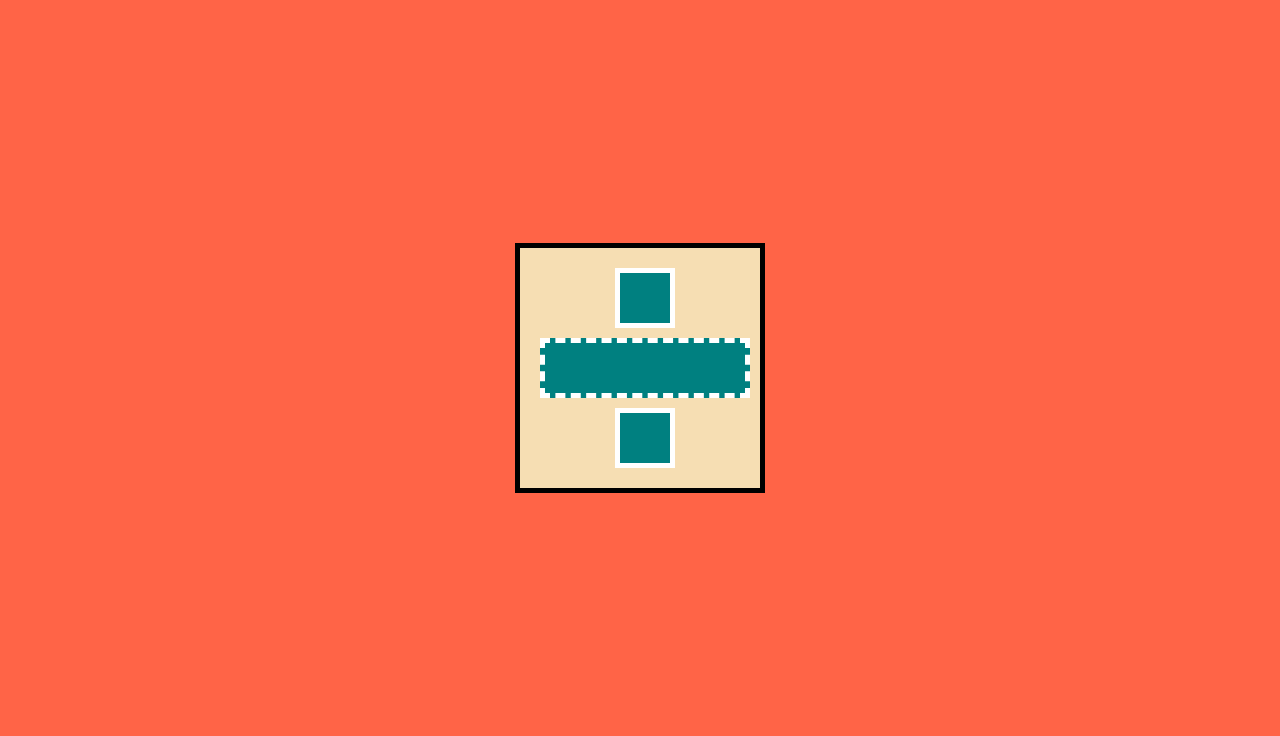
Repository: haleyjung/box-layout_ui
Page: index.html
An editor plug-in stored every save of this project. The page is shown before and after a run of saves, followed by the edit.
The browser window is 1280 px wide. The pictures show the whole page.

Above is the page before, as saved 2020-11-15 16:45:00.

After the next 2 saves:
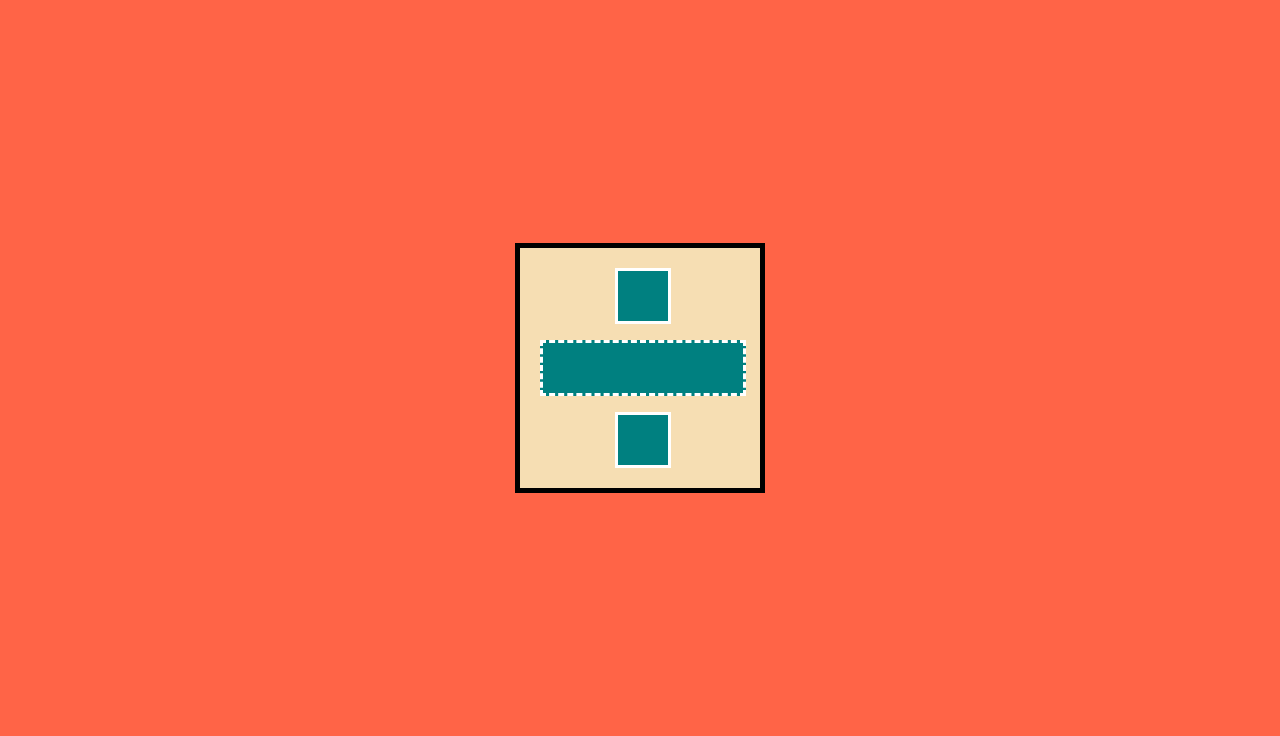
The 2 saves are shown as one change because they came seconds apart.
The last was saved 16 s later.
--- a/style.css
+++ b/style.css
@@ -23,7 +23,7 @@ body {
   height: 50px;
   width: 50px;
   background-color: #008080;
-  border: 5px solid white;
+  border: 3px solid white;
 }
 
 .box-mid {
